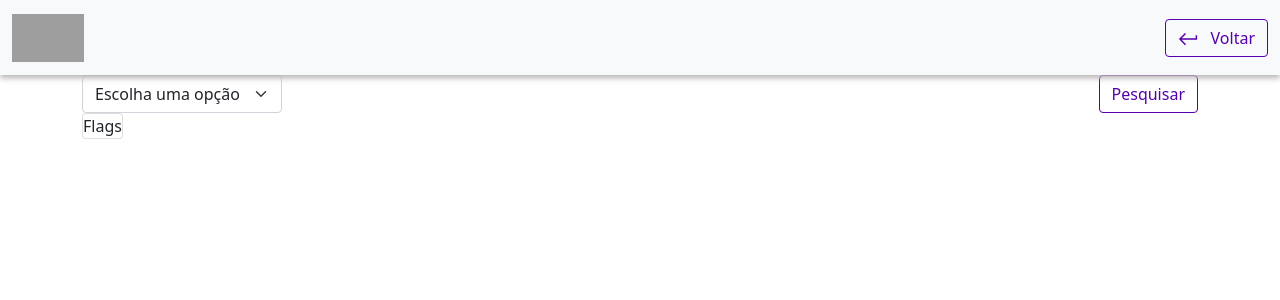
Repository: LuismGil/Countries-list
Page: /
An editor plug-in stored every save of this project. The page is shown before and after the next save, followed by the edit.
The browser window is 1280 px wide. The pictures show the whole page.
Pictures or frames that could not be fetched are drawn as grey boxes. The project was rebuilt for these pictures with package versions that can differ from the ones it lists, and the page was loaded fresh each time.

Above is the page before, as saved 2021-05-23 09:54:29.

After the next save:
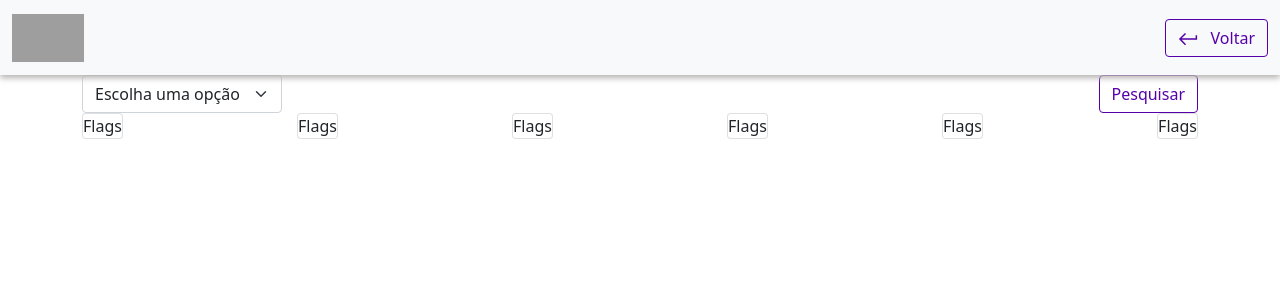
Saved 8 s later.
--- a/src/components/MvCountries.vue
+++ b/src/components/MvCountries.vue
@@ -16,6 +16,21 @@
     <div>
       <div class="container">
         <div class="card">
+          Flags
+
+        </div><div class="card">
+          Flags
+
+        </div><div class="card">
+          Flags
+
+        </div><div class="card">
+          Flags
+
+        </div><div class="card">
+          Flags
+
+        </div><div class="card">
           Flags
 
         </div>
